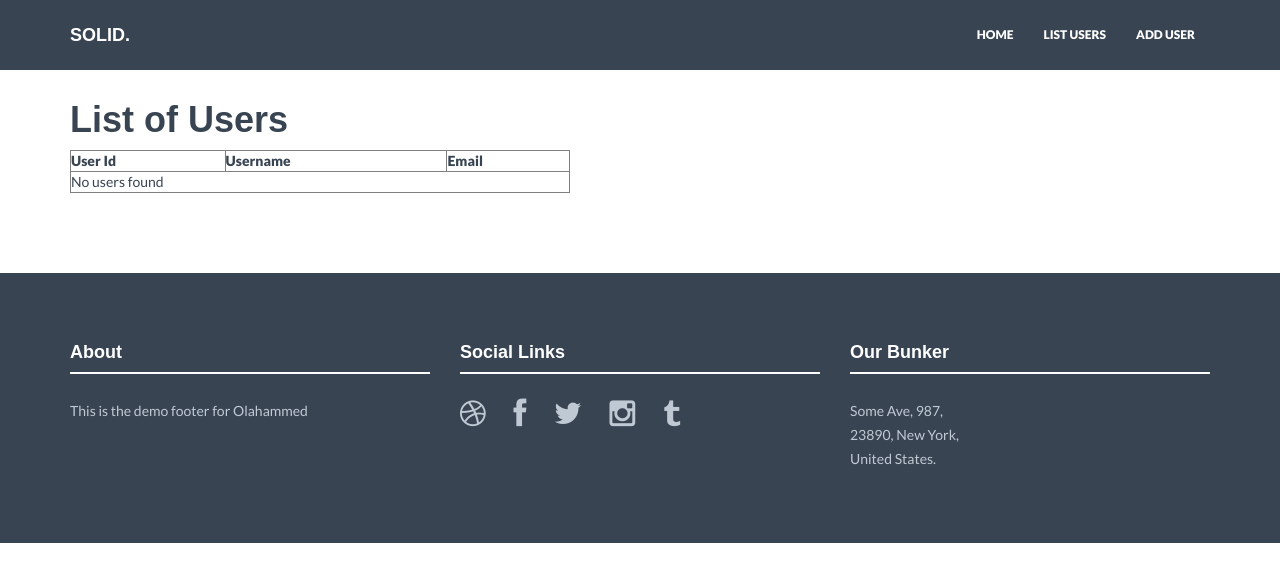
Repository: RedOx98/eclipse-workspace
Page: http://localhost/SessionsContinued/listusers.jsp
These files come from the project's save history. The page is drawn as it stood at one moment and after the next save; the edit follows.
The browser window is 1280 px wide. The pictures show the whole page.
Some web fonts or font styles are not loaded; a fallback is used. Some web libraries are served in a nearby version. The page is served by Tomcat 10. Other server files are loaded and not shown. The template is opened directly, without the code that normally fills it, so the values that code supplies are empty.

Above is the page before, as saved 2024-05-29 07:47:44.

### SessionsContinued/src/main/webapp/listusers.jsp
<%@ page import="org.olahammed.entity.User" %>
<%@ page import="java.util.List" %>
<jsp:include page="include/header.jsp" />

<h1>List of Users</h1>
<table border="1" style="width: 500px; height: auto;">
    <thead>
        <tr>
            <th>User Id</th>
            <th>Username</th>
            <th>Email</th>
        </tr>
    </thead>
    <tbody>
        <%
        List<User> listusers = (List<User>) request.getAttribute("listusers");
        if (listusers != null) {
            for (User _user : listusers) {
                out.print("<tr>");
                out.print("<td>" + _user.getUser_id() + "</td>");
                out.print("<td>" + _user.getUsername() + "</td>");
                out.print("<td>" + _user.getEmail() + "</td>");
                out.print("</tr>");
            }
        } else {
            out.print("<tr><td colspan='3'>No users found</td></tr>");
        }
        %>
    </tbody>
</table>

<jsp:include page="include/footer.jsp" />

### SessionsContinued/src/main/webapp/include/header.jsp
<!DOCTYPE html>
<html lang="en">
  <head>
    <meta charset="utf-8">

    <%-- ${param.titlePage} --%>
    <%

    if(request.getAttribute("title") == null){
    	out.print(" <title>Homepage</title>");
    } else{
    	out.print("<title>"+request.getAttribute("title")+"</title>");
    };

    %>

    <meta http-equiv="X-UA-Compatible" content="IE=edge">
    <meta name="viewport" content="width=device-width, initial-scale=1">
    <meta name="description" content="">
    <meta name="author" content="">
    <link rel="shortcut icon" href="assets/ico/favicon.ico">

    <!-- Bootstrap core CSS -->
    <link href="assets/css/bootstrap.css" rel="stylesheet">

    <!-- Custom styles for this template -->
    <link href="assets/css/style.css" rel="stylesheet">
    <link href="assets/css/font-awesome.min.css" rel="stylesheet">


    <!-- Just for debugging purposes. Don't actually copy this line! -->
    <!--[if lt IE 9]><script src="../../assets/js/ie8-responsive-file-warning.js"></script><![endif]-->

    <!-- HTML5 shim and Respond.js IE8 support of HTML5 elements and media queries -->
    <!--[if lt IE 9]>
      <script src="https://oss.maxcdn.com/libs/html5shiv/3.7.0/html5shiv.js"></script>
      <script src="https://oss.maxcdn.com/libs/respond.js/1.4.2/respond.min.js"></script>
    <![endif]-->

    <script src="assets/js/modernizr.js"></script>
  </head>

  <body>

    <!-- Fixed navbar -->
    <div class="navbar navbar-default navbar-fixed-top" role="navigation">
      <div class="container">
        <div class="navbar-header">
          <button type="button" class="navbar-toggle" data-toggle="collapse" data-target=".navbar-collapse">
            <span class="sr-only">Toggle navigation</span>
            <span class="icon-bar"></span>
            <span class="icon-bar"></span>
            <span class="icon-bar"></span>
          </button>
          <a class="navbar-brand" href="index.html">SOLID.</a>
        </div>
        <div class="navbar-collapse collapse navbar-right">
          <ul class="nav navbar-nav">
            <li><a href="<%=request.getContextPath()%>/home?page=home">HOME</a></li>
            <li><a href="<%=request.getContextPath()%>/site?page=listusers">LIST USERS</a></li>
            <li><a href="<%=request.getContextPath()%>/site?page=adduser">ADD USER</a></li>
            <!-- <li class="dropdown">
              <a href="#" class="dropdown-toggle" data-toggle="dropdown">PAGES <b class="caret"></b></a>
              <ul class="dropdown-menu">
                <li><a href="blog.html">BLOG</a></li>
                <li><a href="single-post.html">SINGLE POST</a></li>
                <li><a href="portfolio.html">PORTFOLIO</a></li>
                <li><a href="single-project.html">SINGLE PROJECT</a></li>
              </ul>
            </li> -->
          </ul>
        </div><!--/.nav-collapse -->
      </div>
    </div>




	 <div class="container mtb">
	 	<div class="row">
	 		<div class="col-lg-8">

### SessionsContinued/src/main/webapp/include/footer.jsp
</div>
</div>
</div>


	 <div id="footerwrap">
        <div class="container">
            <div class="row">
                <div class="col-lg-4">
                    <h4>About</h4>
                    <div class="hline-w"></div>
                    <p>This is the demo footer for Olahammed</p>
                </div>
                <div class="col-lg-4">
                    <h4>Social Links</h4>
                    <div class="hline-w"></div>
                    <p>
                        <a href="#"><i class="fa fa-dribbble"></i></a>
                        <a href="#"><i class="fa fa-facebook"></i></a>
                        <a href="#"><i class="fa fa-twitter"></i></a>
                        <a href="#"><i class="fa fa-instagram"></i></a>
                        <a href="#"><i class="fa fa-tumblr"></i></a>
                    </p>
                </div>
                <div class="col-lg-4">
                    <h4>Our Bunker</h4>
                    <div class="hline-w"></div>
                    <p>
                        Some Ave, 987,<br/>
                        23890, New York,<br/>
                        United States.<br/>
                    </p>
                </div>

            </div><! --/row -->
        </div><! --/container -->
    </div><! --/footerwrap -->

   <script src="https://ajax.googleapis.com/ajax/libs/jquery/1.11.0/jquery.min.js"></script>
   <script src="assets/js/bootstrap.min.js"></script>
   <script src="assets/js/retina-1.1.0.js"></script>
   <script src="assets/js/jquery.hoverdir.js"></script>
   <script src="assets/js/jquery.hoverex.min.js"></script>
   <script src="assets/js/jquery.prettyPhoto.js"></script>
     <script src="assets/js/jquery.isotope.min.js"></script>
     <script src="assets/js/custom.js"></script>


 </body>
</html>

### SessionsContinued/src/main/webapp/assets/css/style.css
/*	################################################################

	Author: Carlos Alvarez
	URL: http://alvarez.is

	Project Name: SOLID - Bootstrap 3 Theme
	Version: 1.0
	URL: http://alvarez.is

################################################################# */
@import url(http://fonts.googleapis.com/css?family=Raleway:400,700,900);
@import url(http://fonts.googleapis.com/css?family=Lato:400,900);
@import url("prettyPhoto.css") screen;
@import url("hoverex-all.css") screen;

/*	################################################################
	1. GENERAL STRUCTURES
################################################################# */
	* {
		margin: 0;
		padding: 0px;
	}

body {
	background: #ffffff;
	margin: 0;
	height: 100%;
	color: #384452;
	font-family: 'Lato', sans-serif;
	font-weight: 400;
	}

h1, h2, h3, h4, h5, h6 {
	font-family: 'Raleway', sans-serif;
	font-weight: 700;
}

p {
	padding: 0;
	margin-bottom: 12px;
	font-family: 'Lato', sans-serif;
	font-weight: 400;
	font-size: 14px;
	line-height: 24px;
	color: #384452;
	margin-top: 10px;
}

img {
	height: auto;
	max-width: 100%;
}

a {
	padding: 0;
	margin: 0;
	text-decoration: none;
	-webkit-transition: background-color .4s linear, color .4s linear;
	-moz-transition: background-color .4s linear, color .4s linear;
	-o-transition: background-color .4s linear, color .4s linear;
	-ms-transition: background-color .4s linear, color .4s linear;
	transition: background-color .4s linear, color .4s linear;
}
a:hover,
a:focus {
  text-decoration: none;
  color:#01b2fe;
}

::-moz-selection  {
	color: #fff;
	text-shadow:none;
	background:#2B2E31;
}
::selection {
	color: #fff;
	text-shadow:none;
	background:#2B2E31;
}

.centered {
	text-align: center
}

/*	################################################################
	BOOTSTRAP MODIFICATIONS & TWEAKS
################################################################# */
.navbar {
	min-height: 70px;
	padding-top: 10px;
	margin-bottom: 0px;
}

.navbar-brand {
	font-family: 'Raleway', sans-serif;
	font-weight: 900;
}

.navbar-header .navbar-brand {
	color: white;
}

.navbar-default .navbar-nav > li > a {
	color: white;
	font-weight: 700;
	font-size: 12px;
}

.navbar-default .navbar-nav > li > a:hover {
	color: #00b3fe;
}

.navbar-default .navbar-nav > .active > a, .navbar-default .navbar-nav > .active > a:hover, .navbar-default .navbar-nav > .active > a:focus {
	color: #00b3fe;
	background-color: transparent;
}

.navbar-default {
	background-color: #384452;
	border-color: transparent;
}

.dropdown-menu {
	background: #384452;
}

.dropdown-menu > li > a {
	color: white;
	font-weight: 700;
	font-size: 12px;
}

.btn-theme {
  color: #fff;
  background-color: #384452;
  border-color: #384452;
  margin: 4px;
}
.btn-theme:hover,
.btn-theme:focus,
.btn-theme:active,
.btn-theme.active,
.open .dropdown-toggle.btn-theme {
  color: #fff;
  background-color: #00b3fe;
  border-color: #00b3fe;
}

.dmbutton:hover,
.dmbutton:active,
.dmbutton:focus{
	color: #ffffff;
	background-color: #222222;
	border-color: #ffffff;
}
.dmbutton {
	background:rgba(0, 0, 0, 0);
	border: 1px solid #ffffff;
	color: #ffffff;
	-webkit-border-radius: 2px;
	border-radius: 2px;
	padding-top: 1.025rem;
	padding-right: 2.25rem;
	letter-spacing:0.85px;
	padding-bottom: 1.0875rem;
	padding-left: 2.25rem;
	font-size: 1.55rem;
	cursor: pointer;
	font-weight: normal;
	line-height: normal;
	margin: 0 0 1.25rem;
	text-decoration: none;
	text-align: center;
	display: inline-block;
	-webkit-transition: background-color 300ms ease-out;
	-moz-transition: background-color 300ms ease-out;
	transition: background-color 300ms ease-out;
	-webkit-appearance: none;
	font-weight: normal !important;
}

.mtb {
	margin-top: 80px;
	margin-bottom: 80px;
}

.mb {
	margin-bottom: 60px;
}

.mt {
	margin-top: 60px;
}

.hline {
	border-bottom: 2px solid #384452;
}

.hline-w {
	border-bottom: 2px solid #ffffff;
	margin-bottom: 25px;
}
/*	################################################################
	SITE WRAPS
################################################################# */

#headerwrap {
	background-color: #00b3fe;
	min-height: 550px;
	padding-top: 100px;
	padding-bottom: 0px;
	text-align: center;
}

#headerwrap h3, h5 {
	color: white;
	font-weight: 400;
}

#headerwrap h1 {
	color: white;
	margin-bottom: 25px;
}

#headerwrap .img-responsive {
	margin: 0 auto;
}

/* Services Wrap */
#service {
	margin-top: 100px;
	margin-bottom: 80px;
}

#service i {
	color: #00b3fe;
	font-size: 60px;
	padding: 15px;
}

/* Portfolio Wrap */
#portfoliowrap {
	padding-top: 60px;
	margin-bottom: 60px;
	display: block;
	text-align: center
}

#portfoliowrap h3 {
	margin-bottom: 25px;
}

.portfolio {
	padding:0 !important;
	margin:0 !important;
	display:block;
}


.portfolio-item .title:before {border-radius:0; display:none}
.portfolio-item p {margin:0px 0 30px;}
.portfolio-item h3 {margin:-10px 0 10px; font-size:16px; text-transform:uppercase;}


.tpl6 h3
{
	color:#fff;
	margin:0;
	padding:40px 5px 0;
	font-size:16px;
	text-transform:uppercase;
}
.tpl6 .dmbutton
{
	display:inline-block;
	margin:30px 5px 20px 5px;
	font-size:13px;
}

.tpl6 .bg
{
	height:100%;
	width:100%;
	background-color:#00b3fe;
	background-color:rgba(0,179,254,.9);
	text-align:center;
}

/* Testimonials Wrap */
#twrap {
	background: url(../img/t-back.jpg) no-repeat center top;
	margin-top: 0px;
	padding-top:60px;
	text-align:center;
	background-attachment: relative;
	background-position: center center;
	min-height: 450px;
	width: 100%;

    -webkit-background-size: 100%;
    -moz-background-size: 100%;
    -o-background-size: 100%;
    background-size: 100%;

    -webkit-background-size: cover;
    -moz-background-size: cover;
    -o-background-size: cover;
    background-size: cover;
}

#twrap i {
	font-size: 50px;
	color: white;
	margin-bottom: 25px;
}

#twrap p {
	color: white;
	font-size: 15px;
	line-height: 30px;
}

/* clients logo */
#cwrap {
	background: #f7f7f7;
	margin-top: 0px;
	padding-top: 80px;
	padding-bottom: 100px;
}

#cwrap h3 {
	margin-bottom: 60px;
}

/* Footer */
#footerwrap {
	padding-top: 60px;
	padding-bottom: 60px;
	background: #384452;
}

#footerwrap p {
	color: #bfc9d3;
}

#footerwrap h4 {
	color: white;
}

#footerwrap i {
	font-size: 30px;
	color: #bfc9d3;
	padding-right: 25px;
}

#footerwrap i:hover {
	color: #00b3fe
}

/*	################################################################
	PAGE CONFIGURATIONS
################################################################# */
/* General Tweaks */

#blue {
	background: #00b3fe;
	margin-top: 60px;
	margin-bottom: 60px;
	padding-top: 25px;
	padding-bottom: 25px;
}

#blue h3 {
	color: white;
	margin-left: 15px;
}

.ctitle {
	color: #00b3fe;
	font-weight: 700;
	margin-bottom: 15px;
}

csmall {
	font-size: 12px;
	color: #b3b3b3;
}
csmall2 {
	font-size: 12px;
	color: #f39c12
}

.spacing {
	margin-top: 40px;
	margin-bottom: 40px;
}

.badge-theme {
	background: #00b3fe;
}

/* Contact Page */
#contactwrap {
	background: url(../img/contact.jpg) no-repeat center top;
	margin-top: -60px;
	padding-top:0px;
	text-align:center;
	background-attachment: relative;
	background-position: center center;
	min-height: 400px;
	width: 100%;

    -webkit-background-size: 100%;
    -moz-background-size: 100%;
    -o-background-size: 100%;
    background-size: 100%;

    -webkit-background-size: cover;
    -moz-background-size: cover;
    -o-background-size: cover;
    background-size: cover;
}

/* Blog Page */
.popular-posts {
	margin: 0px;
	padding-left: 0px;
	}

.popular-posts li {
	list-style: none;
	margin-bottom: 20px;
	min-height: 70px;
}
.popular-posts li a,
.popular-posts li a:hover {
	color:#2f2f2f;
	text-decoration: none;
	}

.popular-posts li img {
	float: left;
	margin-right: 20px;
	}

.popular-posts li em {
	font-family: 'Lato', sans-serif;
	font-size: 12px;
	color: #b3b3b3
	}

.popular-posts p {
	line-height: normal;
	margin-bottom: auto;
}

.share i {
	padding-right: 15px;
	font-size: 18px;
}

Loaded but not shown: SessionsContinued/src/main/webapp/assets/css/bootstrap.css (library); SessionsContinued/src/main/webapp/assets/css/font-awesome.min.css (library); SessionsContinued/src/main/webapp/assets/js/bootstrap.min.js (library); SessionsContinued/src/main/webapp/assets/js/jquery.hoverdir.js (library); SessionsContinued/src/main/webapp/assets/js/jquery.hoverex.min.js (library); SessionsContinued/src/main/webapp/assets/js/jquery.prettyPhoto.js (library); SessionsContinued/src/main/webapp/assets/js/jquery.isotope.min.js (library); SessionsContinued/src/main/webapp/assets/js/custom.js (common file); SessionsContinued/src/main/webapp/assets/js/retina-1.1.0.js (151 lines, source omitted); SessionsContinued/src/main/webapp/assets/css/hoverex-all.css (2838 lines, source omitted); SessionsContinued/src/main/webapp/assets/css/prettyPhoto.css (170 lines, source omitted)

After the next save:
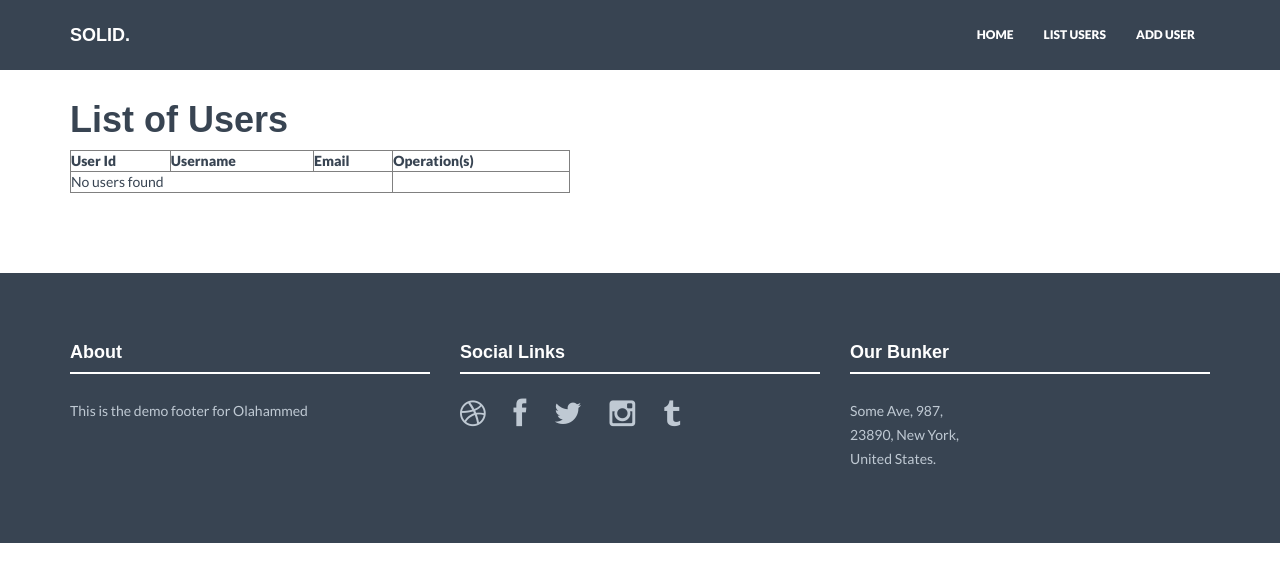
Saved 67 min 24 s later.
--- a/SessionsContinued/src/main/webapp/listusers.jsp
+++ b/SessionsContinued/src/main/webapp/listusers.jsp
@@ -9,6 +9,7 @@
             <th>User Id</th>
             <th>Username</th>
             <th>Email</th>
+            <th>Operation(s)</th>
         </tr>
     </thead>
     <tbody>
@@ -20,6 +21,7 @@
                 out.print("<td>" + _user.getUser_id() + "</td>");
                 out.print("<td>" + _user.getUsername() + "</td>");
                 out.print("<td>" + _user.getEmail() + "</td>");
+                out.print("<td> <a href="+request.getContextPath()+"/site?page=updateuser>UPDATE</a></td>");
                 out.print("</tr>");
             }
         } else {
